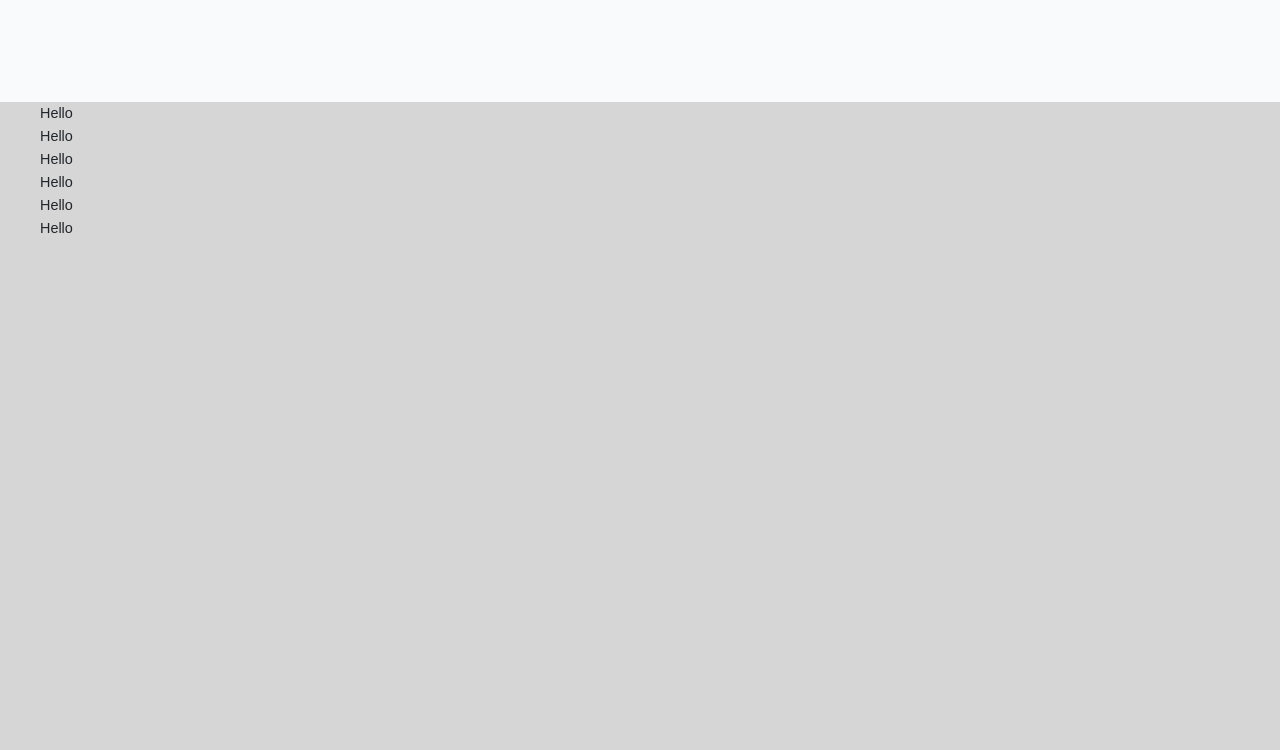
Repository: PatryxB/buildHouse
Page: http://localhost/
The author's editor kept a copy of each file at every save. The page is drawn from the files as they stood at one save, then again after the next save.
The browser window is 1280 px wide. The pictures show the part of the page from y = 1517 to 2267 px (the page is 2267 px tall).
Some web fonts or font styles are not loaded; a fallback is used. The page is served by the project's Laravel application, run on PHP 8.4 with Laravel 8. Other server files are loaded and not shown. Style sheets and scripts are compiled from the project's sources, by tool versions that may differ from the author's.

Above is the page before, as saved 2020-05-13 10:30:47.

### resources/views/welcome.blade.php
<!DOCTYPE html>
<html lang="{{ str_replace('_', '-', app()->getLocale()) }}">
    <head>
        <meta charset="utf-8">
        <meta name="viewport" content="width=device-width, initial-scale=1">

        <title>Laravel</title>

        <!-- Fonts -->
        <link href="https://fonts.googleapis.com/css?family=Nunito:200,600" rel="stylesheet">
        <link rel="stylesheet" href="/css/app.css">

    </head>
    <body>

        <section id="welcome">
            <div class="banner">
                <img src="{{asset('/img/housebanner.jpg')}}" alt="">
                <div class="text-banner">
                    <h1 style="font-size:60px">Start <span style="opacity: .4;">LIVING</span>on</h1>
                    <p style="font-size:30px">Your Own</p>
                    <button class="btn">I'm ON</button>
                </div>
            </div>
        </section>

        @extends('layouts.app')
        @section('content')

            <div class="container">
                <div class="info">
                    <h1>Why We</h1>
                    <p>Lorem ipsum dolor  <br>
                    amet consectetur adipisic<br>
                    elit. Veritatis incidu, <br>
                    adipisci at id animi officii<br>
                    dolore a deleniti provide <br>
                    magni ea maiores totam corpo <br>
                    aliquam atque est nobis nesci</p>
                </div>
                <div class="info">
                    <h1>About us</h1>
                    <p>Lorem ipsum dolor  <br>
                        amet consectetur adipisic<br>
                        elit. Veritatis incidu, <br>
                        adipisci at id animi officii<br>
                        dolore a deleniti provide <br>
                        magni ea maiores totam corpo <br>
                        aliquam atque est nobis nesci</p>
                </div>
                <div class="info">
                    <h1>Start just now</h1>
                    <p>Lorem ipsum dolor  <br>
                        amet consectetur adipisic<br>
                        elit. Veritatis incidu, <br>
                        adipisci at id animi officii<br>
                        dolore a deleniti provide <br>
                        magni ea maiores totam corpo <br>
                        aliquam atque est nobis nesci</p>
                </div>
            </div>
            <br style="clear: both;">

            <div class="info-project" style="margin-top:170px;">
                <div class="project">
                    <img src="https://www.kbprojekt.pl/img/projects//1959/15403720403b1acc618b15cacde0c6438489378a5377e65b11.jpg" alt="">
                    <div class="dane">
                        <p class="p1">2777$</p>
                        <p class="p2">60m/2</p>
                        <p class="p3">Gdynia</p>
                    </div>
                </div>
                <div class="project">
                    <img src="https://apollo-ireland.akamaized.net/v1/files/eyJmbiI6ImphNTRtb3RzYnBqZjMtQVBMIiwidyI6W3siZm4iOiJqMWozbzEzbTZiZ24xLUFQTCIsInMiOiIxNCIsInAiOiIxMCwtMTAiLCJhIjoiMCJ9XX0.FLfvBjc2VHjNTxBiPmTC487stQIQEvB21KTSbJSyFAA/image;s=1280x1024;q=80" alt="">
                    <div class="dane">
                        <p class="p1">3421$</p>
                        <p class="p2">70m/2</p>
                        <p class="p3">mexic</p>
                    </div>
                </div>
                <div class="project">
                    <img src="https://apollo-ireland.akamaized.net/v1/files/eyJmbiI6InJwZTV6d2RtNHJvcDItQVBMIiwidyI6W3siZm4iOiJqMWozbzEzbTZiZ24xLUFQTCIsInMiOiIxNCIsInAiOiIxMCwtMTAiLCJhIjoiMCJ9XX0.MXVVBoSVnaFYLlkWcCmOAUNOFhgKTNpv-sx5AXkBfQM/image;s=1280x1024;q=80" alt="">
                    <div class="dane">
                        <p class="p1">2015$</p>
                        <p class="p2">70m/2</p>
                        <p class="p3">Moskwa</p>
                    </div>
                </div>
                <div class="project">
                    <img src="https://apollo-ireland.akamaized.net/v1/files/eyJmbiI6IjdkcHBiMWg1MWMyYS1BUEwiLCJ3IjpbeyJmbiI6ImoxajNvMTNtNmJnbjEtQVBMIiwicyI6IjE0IiwicCI6IjEwLC0xMCIsImEiOiIwIn1dfQ.Vn0j2ZwR7-mwdAvjUBRdMRvq4eNux8S6EjA7H_h3IlU/image;s=1280x1024;q=80" alt="">
                    <div class="dane">
                        <p class="p1">1685$</p>
                        <p class="p2">49m/2</p>
                        <p class="p3">Gdansk</p>
                    </div>
                </div>
                <div class="project">
                    <img src="https://apollo-ireland.akamaized.net/v1/files/eyJmbiI6InE3cTF1aTk5NTN3cjItQVBMIiwidyI6W3siZm4iOiJqMWozbzEzbTZiZ24xLUFQTCIsInMiOiIxNCIsInAiOiIxMCwtMTAiLCJhIjoiMCJ9XX0.gnYmfbBLUva74FwfX0ROh9igXkRTRxUvOj7uFsXxIXI/image;s=1280x1024;q=80" alt="">
                    <div class="dane">
                        <p class="p1">6789$</p>
                        <p class="p2">120m/2</p>
                        <p class="p3">LA</p>
                    </div>
                </div>
                <div class="project">
                    <img src="https://apollo-ireland.akamaized.net/v1/files/eyJmbiI6ImN2OTl0NGdtbHc3eDItQVBMIiwidyI6W3siZm4iOiJqMWozbzEzbTZiZ24xLUFQTCIsInMiOiIxNCIsInAiOiIxMCwtMTAiLCJhIjoiMCJ9XX0.Y1i7SuQuhSR27sA2xMYwlreJemYtDjT3cxlYWdXL_pk/image;s=1280x1024;q=80" alt="">
                    <div class="dane">
                        <p class="p1">2458$</p>
                        <p class="p2">60m/2</p>
                        <p class="p3">Berlin</p>
                    </div>
                </div>
            </div>

            <br style="clear: both">

            <footer>
                <ul>
                    <li>Hello</li>
                    <li>Hello</li>
                    <li>Hello</li>
                    <li>Hello</li>
                    <li>Hello</li>
                    <li>Hello</li>
                </ul>
            </footer>

        @endsection
    </body>
</html>

### resources/views/layouts/app.blade.php
<!doctype html>
<html lang="{{ str_replace('_', '-', app()->getLocale()) }}">
<head>
    <meta charset="utf-8">
    <meta name="viewport" content="width=device-width, initial-scale=1">

    <!-- CSRF Token -->
    <meta name="csrf-token" content="{{ csrf_token() }}">

    <title>{{ config('app.name', 'Laravel') }}</title>

    <!-- Scripts -->
    <script src="{{ asset('js/app.js') }}" defer></script>

    <!-- Fonts -->
    <link rel="dns-prefetch" href="//fonts.gstatic.com">
    <link href="https://fonts.googleapis.com/css?family=Nunito" rel="stylesheet">

    <!-- Styles -->
    <link href="{{ asset('css/app.css') }}" rel="stylesheet">
</head>
<body>
    <div id="app">
        <nav>
            @if (Route::has('login'))
                <div class="top-right links">
                    @auth
                        <a href="{{ url('/home') }}">Home</a>
                    @else
                        <a href="{{ route('login') }}">Login</a>

                        @if (Route::has('register'))
                            <a href="{{ route('register') }}">Register</a>
                        @endif
                    @endauth
                </div>
            @endif

        </nav>
        <main class="py-4">
            @yield('content')
        </main>
    </div>
</body>
</html>

### resources/sass/app.scss
// Fonts
@import url('https://fonts.googleapis.com/css?family=Nunito');
@import url('https://fonts.googleapis.com/css2?family=Varela+Round&display=swap');

// Variables
@import 'variables';

// Bootstrap
@import '~bootstrap/scss/bootstrap';

html, body{
    margin: 0;
    padding: 0;
    box-sizing: border-box;
    font-family: 'Varela Round', sans-serif;
}

.banner img{
    width: 100%;
    height: 75vh;
    background-repeat: no-repeat;
    position: relative;
}
nav{
    position: absolute;
    top: 8%;
    left: 89%;
    transform: translate(-50%, -50%);
}
nav a {
    color: white;
    font-size: 16px;
    margin-left: 15px;
}
.text-banner{
    color: white;
    position: absolute;
    top: 30%;
    left: 50%;
    transform: translate(-50%, -50%);
    text-align: center;
}
.btn{
    border: solid 2px white;
    background-color: transparent;
    color: white;
    margin-top: 100px;
    font-size: 18px;
    padding: 10px;
}
.btn:hover{
    background-color: white;
    color:rgba(92, 217, 255, 0.4);
}
.container{
    width: 80%;
    margin: 0 auto;
}
.info{
    float:left;
    margin-left: 100px;
    margin-top: 10vh;
}
.info-project{
    width: 99%;
    margin: 0 auto;
}
.project{
    width: 33%;
    height: 250px;
    position: relative;
    margin: 2px;
    float: left;
}
.project img{
    width: 100%;
    height: 100%;
    position: relative;
    filter: brightness(80%);
}
.project .dane{
    position: absolute;
    bottom: 10px;
    left: 10px;
    color: white;
}
.p1{
    font-size: 15px;
}
.p2{
    font-size: 10px;
}
.p3{
    font-size: 12px;
}
.project .dane p {
    margin-block-end: 0;
}
footer{
    width: 100%;
    height: 90vh;
    margin-top: 100px;
    padding-bottom: 0 !important;
    background-color: rgb(214, 214, 214);
}
.pb-4, .py-4{
    padding-top: 0 !important;
    padding-bottom: 0 !important;
}
li{
    list-style: none;
}
ul{
    float: left;
}

Loaded but not shown: routes/web.php (common file); app/Http/Controllers/Auth/LoginController.php (common file); app/Http/Controllers/Controller.php (common file); app/Http/Controllers/Auth/ConfirmPasswordController.php (common file); resources/sass/_variables.scss (common file)

After the next save:
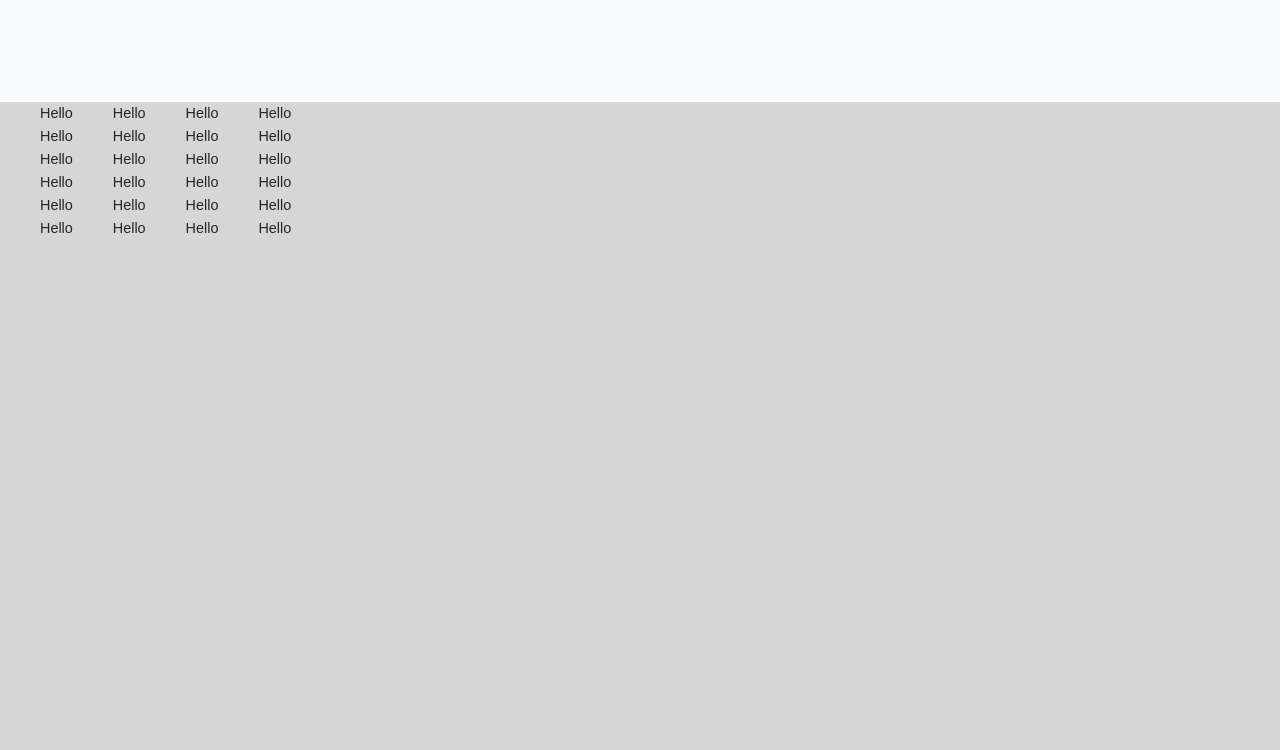
Saved 30 s later.
--- a/resources/views/welcome.blade.php
+++ b/resources/views/welcome.blade.php
@@ -123,6 +123,30 @@
                     <li>Hello</li>
                     <li>Hello</li>
                 </ul>
+                <ul>
+                    <li>Hello</li>
+                    <li>Hello</li>
+                    <li>Hello</li>
+                    <li>Hello</li>
+                    <li>Hello</li>
+                    <li>Hello</li>
+                </ul>
+                <ul>
+                    <li>Hello</li>
+                    <li>Hello</li>
+                    <li>Hello</li>
+                    <li>Hello</li>
+                    <li>Hello</li>
+                    <li>Hello</li>
+                </ul>
+                <ul>
+                    <li>Hello</li>
+                    <li>Hello</li>
+                    <li>Hello</li>
+                    <li>Hello</li>
+                    <li>Hello</li>
+                    <li>Hello</li>
+                </ul>
             </footer>
 
         @endsection
